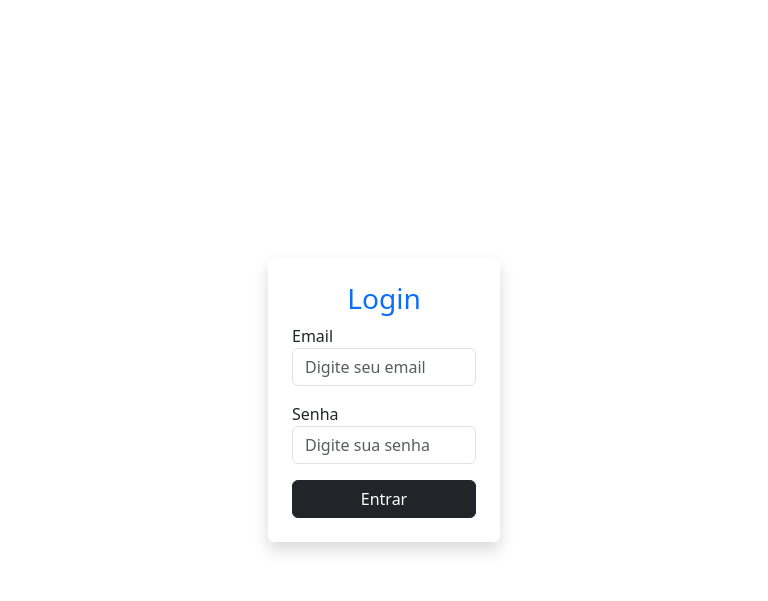
Repository: feliperanon/appliz
Page: /
An editor plug-in stored every save of this project. The page is shown before and after the next save, followed by the edit.
The browser window is 768 px wide. The pictures show the whole page.
The project was rebuilt for these pictures with package versions that can differ from the ones it lists, and the page was loaded fresh each time. Also part of the build but not shown: src/components/Navbar.js, src/components/Cadastro.js, src/components/MedicaoTempo.js, src/components/AnaliseDesempenho.js, src/components/OcorrenciasDiarias.js, src/components/ControleQualidade.js, src/components/CapacitacaoTreinamento.js, src/components/ManutencaoPreventiva.js and 6 more.

Above is the page before, as saved 2024-10-13 18:37:19.

### src/index.js
import React from 'react';
import ReactDOM from 'react-dom/client';  // Importa a nova API de renderização do React 18
import 'bootstrap/dist/css/bootstrap.min.css';  // Importa o Bootstrap para estilização
import './global.css';  // Importa o CSS global para definir estilos
import App from './App';  // Importa o componente principal da aplicação

// Seleciona o elemento root do HTML
const rootElement = document.getElementById('root');

// Utilizando createRoot para renderizar a aplicação com React 18
const root = ReactDOM.createRoot(rootElement);

root.render(
  <React.StrictMode>
    <App />
  </React.StrictMode>
);

### src/App.js
import React, { useState, useEffect } from 'react';
import { BrowserRouter as Router, Route, Routes, Navigate } from 'react-router-dom'; // Removido o uso de `useLocation`
import Navbar from './components/Navbar';
import Cadastro from './components/Cadastro';
import MedicaoTempo from './components/MedicaoTempo';
import AnaliseDesempenho from './components/AnaliseDesempenho';
import OcorrenciasDiarias from './components/OcorrenciasDiarias';
import ControleQualidade from './components/ControleQualidade';
import CapacitacaoTreinamento from './components/CapacitacaoTreinamento';
import ManutencaoPreventiva from './components/ManutencaoPreventiva';
import CicloPDCA from './components/CicloPDCA';
import Login from './components/Login';
import CadastroColaborador from './components/CadastroColaborador';
import CadastroCliente from './components/CadastroCliente';
import CadastroEquipamento from './components/CadastroEquipamento';
import CadastroStatus from './components/CadastroStatus';
import CadastroUsuario from './components/CadastroUsuario';

const App = () => {
  const [isAuthenticated, setIsAuthenticated] = useState(false);

  // Verifica o estado de autenticação ao carregar o componente
  useEffect(() => {
    const storedAuth = localStorage.getItem('isAuthenticated');
    if (storedAuth === 'true') {
      setIsAuthenticated(true);
    }
  }, []);

  const handleLogin = () => {
    setIsAuthenticated(true);
    // Salva o estado de autenticação no localStorage
    localStorage.setItem('isAuthenticated', 'true');
  };

  const handleLogout = () => {
    setIsAuthenticated(false);
    localStorage.removeItem('isAuthenticated');
  };

  return (
    <Router>
      <div>
        {/* Mostrar Navbar apenas quando autenticado, com a função de logout */}
        {isAuthenticated && <Navbar onLogout={handleLogout} />}

        <Routes>
          {/* Rota para Login */}
          <Route
            path="/"
            element={!isAuthenticated ? <Login onLogin={handleLogin} /> : <Navigate to="/cadastro" />} // Se autenticado, exibe a página de Cadastro
          />

          {/* Rotas protegidas - Redireciona para / se não estiver autenticado */}
          <Route
            path="/cadastro"
            element={isAuthenticated ? <Cadastro /> : <Navigate to="/" />}
          />
          <Route
            path="/cadastro/colaborador"
            element={isAuthenticated ? <CadastroColaborador /> : <Navigate to="/" />}
          />
          <Route
            path="/cadastro/cliente"
            element={isAuthenticated ? <CadastroCliente /> : <Navigate to="/" />}
          />
          <Route
            path="/cadastro/equipamento"
            element={isAuthenticated ? <CadastroEquipamento /> : <Navigate to="/" />}
          />
          <Route
            path="/cadastro/status"
            element={isAuthenticated ? <CadastroStatus /> : <Navigate to="/" />}
          />
          <Route
            path="/cadastro/usuario"
            element={isAuthenticated ? <CadastroUsuario /> : <Navigate to="/" />}
          />
          <Route
            path="/medicao-tempo"
            element={isAuthenticated ? <MedicaoTempo /> : <Navigate to="/" />}
          />
          <Route
            path="/analise-desempenho"
            element={isAuthenticated ? <AnaliseDesempenho /> : <Navigate to="/" />}
          />
          <Route
            path="/ocorrencias"
            element={isAuthenticated ? <OcorrenciasDiarias /> : <Navigate to="/" />}
          />
          <Route
            path="/controle-qualidade"
            element={isAuthenticated ? <ControleQualidade /> : <Navigate to="/" />}
          />
          <Route
            path="/capacitacao"
            element={isAuthenticated ? <CapacitacaoTreinamento /> : <Navigate to="/" />}
          />
          <Route
            path="/manutencao"
            element={isAuthenticated ? <ManutencaoPreventiva /> : <Navigate to="/" />}
          />
          <Route
            path="/ciclo-pdca"
            element={isAuthenticated ? <CicloPDCA /> : <Navigate to="/" />}
          />
        </Routes>
      </div>
    </Router>
  );
};

export default App;

### src/components/Login.js
import React, { useState } from 'react';

const Login = ({ onLogin }) => {
  const [email, setEmail] = useState('');
  const [password, setPassword] = useState('');

  const handleSubmit = (event) => {
    event.preventDefault();
    if (email === 'admin@appliz.com' && password === '123456') {
      alert('Login realizado com sucesso!');
      onLogin(); // Chama a função para autenticar o usuário
    } else {
      alert('Email ou senha incorretos!');
    }
  };

  return (
    <div className="container d-flex justify-content-center align-items-center vh-100">
      <div className="col-md-4 color1 p-4 rounded shadow">
        <h2 className="text-center text-primary">Login</h2>
        <form onSubmit={handleSubmit}>
          <div className="form-group mb-3">
            <label>Email</label>
            <input
              type="email"
              className="form-control"
              value={email}
              onChange={(e) => setEmail(e.target.value)}
              placeholder="Digite seu email"
            />
          </div>
          <div className="form-group mb-3">
            <label>Senha</label>
            <input
              type="password"
              className="form-control"
              value={password}
              onChange={(e) => setPassword(e.target.value)}
              placeholder="Digite sua senha"
            />
          </div>
          <button type="submit" className="btn btn-dark w-100">Entrar</button>
        </form>
      </div>
    </div>
  );
};

export default Login;

### src/global.css
.custom-btn {
  background-color: #282832;
  color: white;
  border: none;
  transition: background-color 0.3s ease, transform 0.2s ease;
}

.custom-btn:hover {
  background-color: #3d3d50; /* Cor levemente mais clara ao passar o mouse */
  transform: scale(1.05);    /* Aumenta levemente o botão */
}

.custom-btn:active {
  background-color: #20202b; /* Cor mais escura ao clicar */
  transform: scale(1);       /* Volta ao tamanho normal */
}

.custom-btn:focus {
  box-shadow: none;          /* Remove o outline azul padrão do Bootstrap */
}

Loaded but not shown: public/index.html (common file)

After the next save:
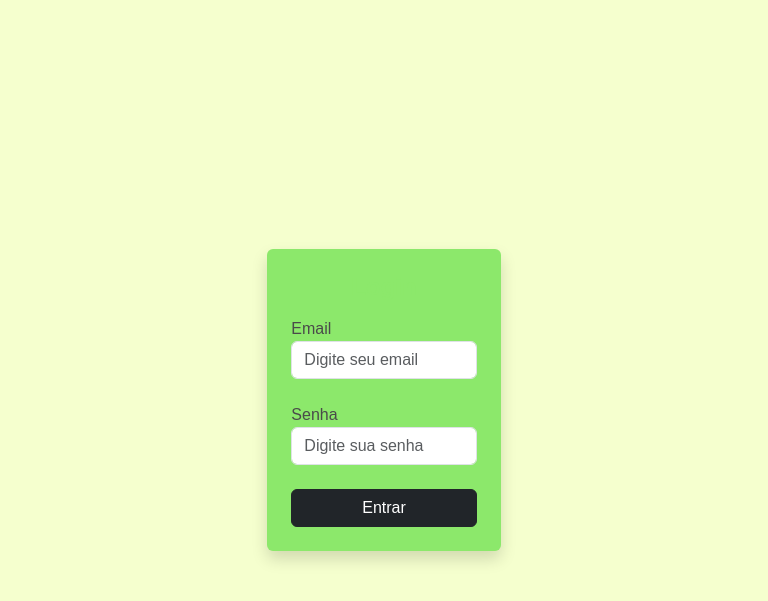
Saved 75 s later.
--- a/src/global.css
+++ b/src/global.css
@@ -1,20 +1,83 @@
-.custom-btn {
-  background-color: #282832;
-  color: white;
-  border: none;
+/* Definir as cores personalizadas */
+.color1 {
+  background-color: #8ce86b !important; /* Verde claro */
+}
+
+.color2 {
+  background-color: #a6ee84 !important; /* Verde mais suave */
+}
+
+.color3 {
+  background-color: #c1f49d !important; /* Verde pastel */
+}
+
+.color4 {
+  background-color: #dbf9b5 !important; /* Verde muito suave */
+}
+
+.color5 {
+  background-color: #f5ffce !important; /* Amarelo pastel */
+}
+
+/* Definir cores de texto para melhor visibilidade */
+.text-primary {
+  color: #8ce86b !important; /* Verde principal */
+}
+
+.text-secondary {
+  color: #4a4a4a !important; /* Cor cinza escuro para contraste com cores claras */
+}
+
+/* Estilos globais */
+body {
+  margin: 0;
+  padding: 0;
+  font-family: Arial, sans-serif;
+  background-color: #f5ffce; /* Fundo amarelo pastel */
+  color: #4a4a4a; /* Texto padrão cinza escuro */
+}
+
+h2 {
+  font-weight: 700;
+  color: #4a4a4a; /* Títulos em cinza escuro para destaque */
+  margin-bottom: 1rem;
+}
+
+p {
+  color: #4a4a4a;
+  line-height: 1.6;
+}
+
+/* Botões com transições suaves */
+button {
+  font-weight: 600;
   transition: background-color 0.3s ease, transform 0.2s ease;
 }
 
-.custom-btn:hover {
-  background-color: #3d3d50; /* Cor levemente mais clara ao passar o mouse */
-  transform: scale(1.05);    /* Aumenta levemente o botão */
+button:hover {
+  transform: scale(1.05);
 }
 
-.custom-btn:active {
-  background-color: #20202b; /* Cor mais escura ao clicar */
-  transform: scale(1);       /* Volta ao tamanho normal */
+button:active {
+  transform: scale(0.98);
 }
 
-.custom-btn:focus {
-  box-shadow: none;          /* Remove o outline azul padrão do Bootstrap */
+/* Ajustes de espaçamento para uma estética mais equilibrada */
+.container {
+  padding: 20px;
 }
+
+.mb-3 {
+  margin-bottom: 1.5rem !important;
+}
+
+/* Garantir responsividade */
+@media (max-width: 768px) {
+  h2 {
+    font-size: 1.5rem;
+  }
+
+  .container {
+    padding: 10px;
+  }
+}

After the save that followed:
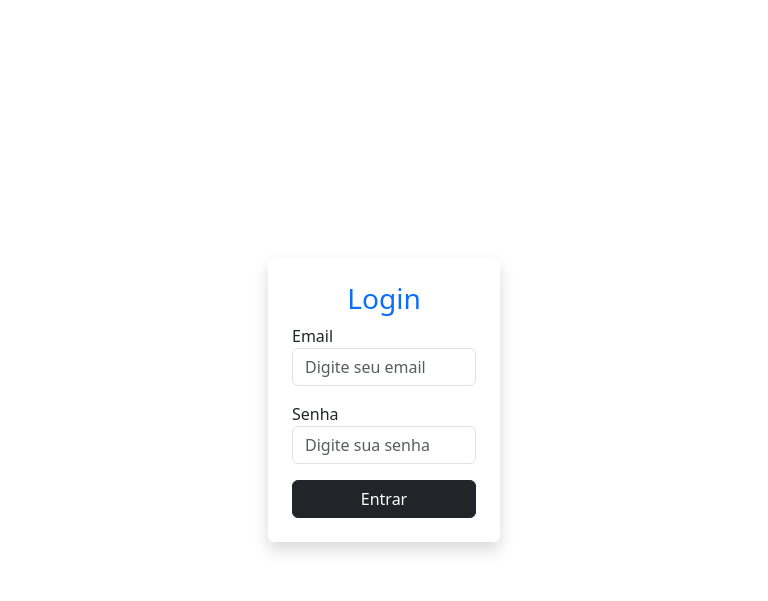
Saved 10 s later.
--- a/src/global.css
+++ b/src/global.css
@@ -1,83 +1,20 @@
-/* Definir as cores personalizadas */
-.color1 {
-  background-color: #8ce86b !important; /* Verde claro */
-}
-
-.color2 {
-  background-color: #a6ee84 !important; /* Verde mais suave */
-}
-
-.color3 {
-  background-color: #c1f49d !important; /* Verde pastel */
-}
-
-.color4 {
-  background-color: #dbf9b5 !important; /* Verde muito suave */
-}
-
-.color5 {
-  background-color: #f5ffce !important; /* Amarelo pastel */
-}
-
-/* Definir cores de texto para melhor visibilidade */
-.text-primary {
-  color: #8ce86b !important; /* Verde principal */
-}
-
-.text-secondary {
-  color: #4a4a4a !important; /* Cor cinza escuro para contraste com cores claras */
-}
-
-/* Estilos globais */
-body {
-  margin: 0;
-  padding: 0;
-  font-family: Arial, sans-serif;
-  background-color: #f5ffce; /* Fundo amarelo pastel */
-  color: #4a4a4a; /* Texto padrão cinza escuro */
-}
-
-h2 {
-  font-weight: 700;
-  color: #4a4a4a; /* Títulos em cinza escuro para destaque */
-  margin-bottom: 1rem;
-}
-
-p {
-  color: #4a4a4a;
-  line-height: 1.6;
-}
-
-/* Botões com transições suaves */
-button {
-  font-weight: 600;
+.custom-btn {
+  background-color: #282832;
+  color: white;
+  border: none;
   transition: background-color 0.3s ease, transform 0.2s ease;
 }
 
-button:hover {
-  transform: scale(1.05);
+.custom-btn:hover {
+  background-color: #3d3d50; /* Cor levemente mais clara ao passar o mouse */
+  transform: scale(1.05);    /* Aumenta levemente o botão */
 }
 
-button:active {
-  transform: scale(0.98);
+.custom-btn:active {
+  background-color: #20202b; /* Cor mais escura ao clicar */
+  transform: scale(1);       /* Volta ao tamanho normal */
 }
 
-/* Ajustes de espaçamento para uma estética mais equilibrada */
-.container {
-  padding: 20px;
+.custom-btn:focus {
+  box-shadow: none;          /* Remove o outline azul padrão do Bootstrap */
 }
-
-.mb-3 {
-  margin-bottom: 1.5rem !important;
-}
-
-/* Garantir responsividade */
-@media (max-width: 768px) {
-  h2 {
-    font-size: 1.5rem;
-  }
-
-  .container {
-    padding: 10px;
-  }
-}
